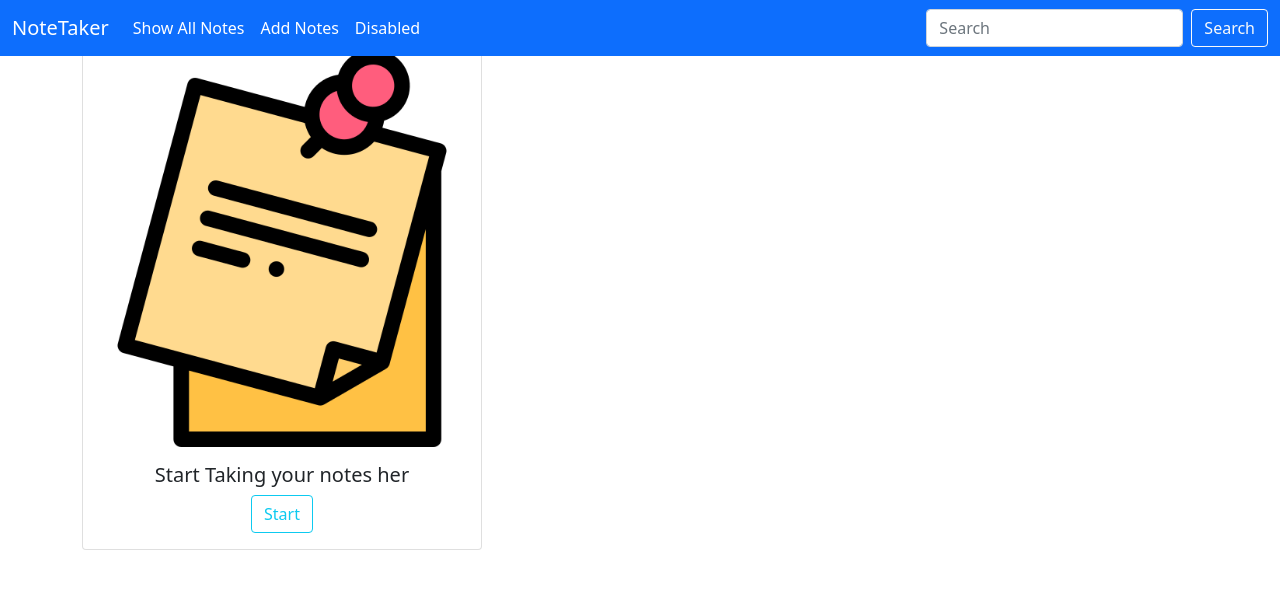
Repository: Shubham-Kumar-cmd/Hibernate
Page: http://localhost/NoteTakerApp/
These files come from the project's save history. The page is drawn as it stood at one moment and after the next save; the edit follows.
The browser window is 1280 px wide. The pictures show the whole page.
The page is served by Tomcat 9. Other server files are loaded and not shown.

Above is the page before, as saved 2023-02-08 08:39:23.

### NoteTakerApp/src/main/webapp/index.jsp
<%@ page language="java" contentType="text/html; charset=ISO-8859-1"
	pageEncoding="ISO-8859-1"%>
	<%@include file="header.jsp" %>
<!DOCTYPE html>
<html>
<head>
<meta charset="ISO-8859-1">
<link
	href="https://cdn.jsdelivr.net/npm/bootstrap@5.0.2/dist/css/bootstrap.min.css"
	rel="stylesheet"
	integrity="sha384-EVSTQN3/azprG1Anm3QDgpJLIm9Nao0Yz1ztcQTwFspd3yD65VohhpuuCOmLASjC"
	crossorigin="anonymous">
<title>Header</title>
</head>
<body>

	<div class="container text-center">
		<div class="card mt-5" style="max-width: 400px;">
		  <img src="img/sticky-notes.png" class="card-img-top" alt="...">
		  <div class="card-body">
		    <h5 class="card-title">Start Taking your notes her</h5>
		    <a href="addNotes.jsp" class="btn btn-outline-info">Start</a>
		  </div>
		</div>
	</div>

</body>
</html>

### NoteTakerApp/src/main/webapp/header.jsp
<%@ page language="java" contentType="text/html; charset=ISO-8859-1"
	pageEncoding="ISO-8859-1"%>
<!DOCTYPE html>
<html>
<head>
<meta charset="ISO-8859-1">
<link
	href="https://cdn.jsdelivr.net/npm/bootstrap@5.0.2/dist/css/bootstrap.min.css"
	rel="stylesheet"
	integrity="sha384-EVSTQN3/azprG1Anm3QDgpJLIm9Nao0Yz1ztcQTwFspd3yD65VohhpuuCOmLASjC"
	crossorigin="anonymous">
<title>Header</title>
</head>
<body>
	<nav class="navbar navbar-expand-lg navbar-primary bg-primary fixed-top">
		<div class="container-fluid">
			<a class="navbar-brand text-white" href="addNotes.jsp">NoteTaker</a>

			<div class="collapse navbar-collapse" id="navbarSupportedContent">
				<ul class="navbar-nav me-auto mb-2 mb-lg-0">
					<li class="nav-item"><a class="nav-link active text-white"
						aria-current="page" href="showAllNotes.jsp">Show All Notes</a></li>
					<li class="nav-item"><a class="nav-link text-white" href="addNotes.jsp">Add Notes</a></li>

					<li class="nav-item"><a class="nav-link text-white" href="#"
						tabindex="-1" aria-disabled="false">Disabled</a></li>
				</ul>
				<form class="d-flex">
					<input class="form-control me-2" type="search" placeholder="Search"
						aria-label="Search">
					<button class="btn btn-outline-light" type="submit">Search</button>
				</form>
			</div>
		</div>
	</nav>
</body>
</html>

After the next save:
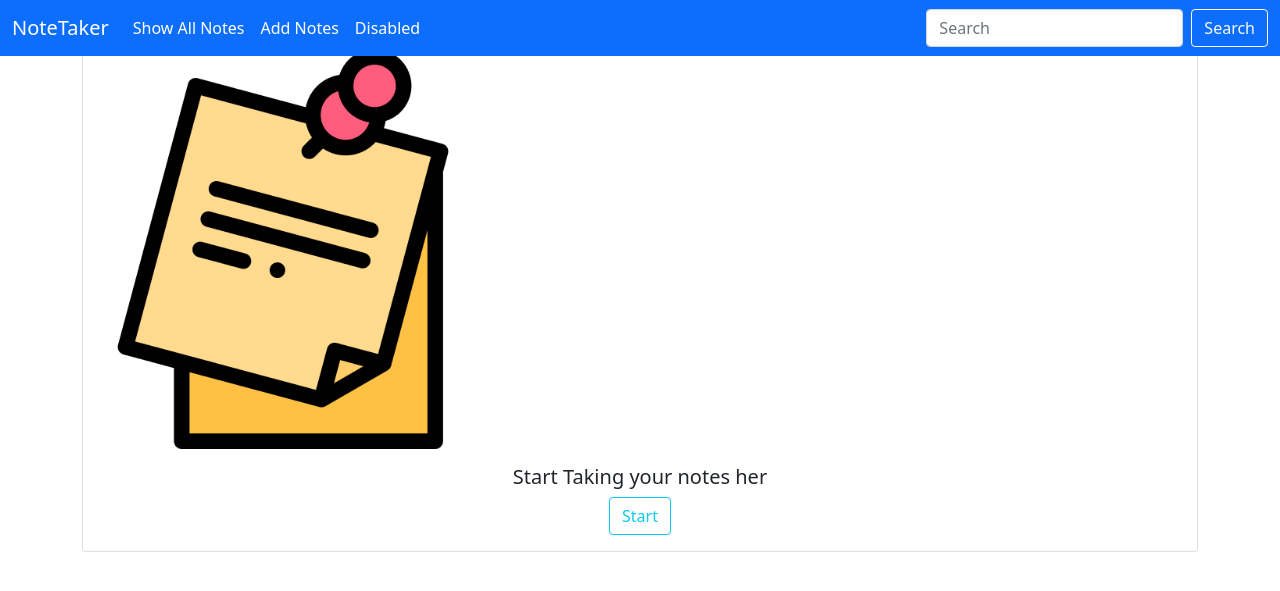
Saved 49 s later.
--- a/NoteTakerApp/src/main/webapp/index.jsp
+++ b/NoteTakerApp/src/main/webapp/index.jsp
@@ -15,8 +15,8 @@
 <body>
 
 	<div class="container text-center">
-		<div class="card mt-5" style="max-width: 400px;">
-		  <img src="img/sticky-notes.png" class="card-img-top" alt="...">
+		<div class="card mt-5">
+		  <img src="img/sticky-notes.png" style="max-width: 400px;" class="card-img-top" alt="...">
 		  <div class="card-body">
 		    <h5 class="card-title">Start Taking your notes her</h5>
 		    <a href="addNotes.jsp" class="btn btn-outline-info">Start</a>
